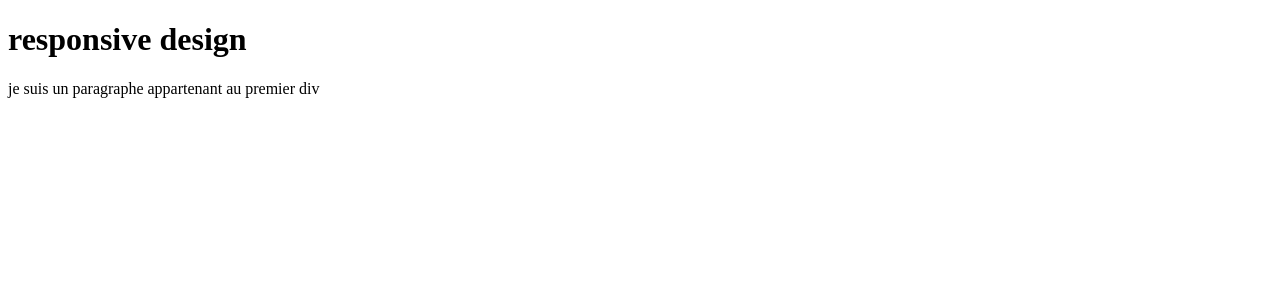
Repository: serviceshuios/Git-Aix-Web
Page: responsive-design/WebContent/index.html
An editor plug-in stored every save of this project. The page is shown before and after the next save, followed by the edit.
The browser window is 1280 px wide. The pictures show the whole page.

Above is the page before, as saved 2018-10-26 08:06:54.

After the next save:
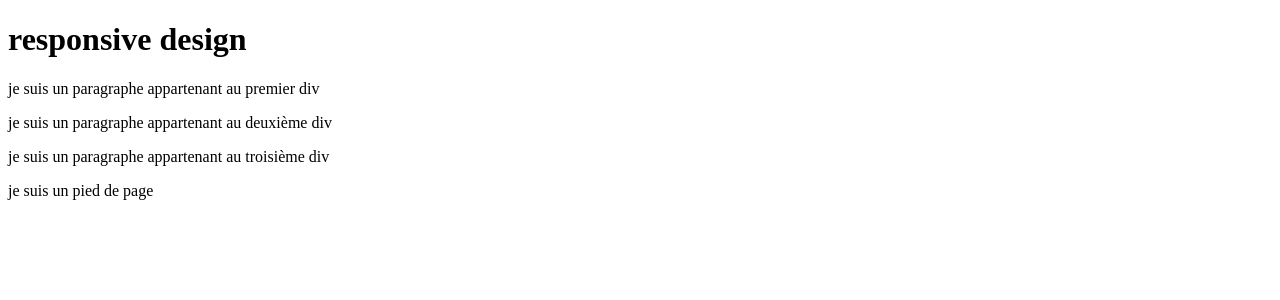
Saved 59 s later.
--- a/responsive-design/WebContent/index.html
+++ b/responsive-design/WebContent/index.html
@@ -11,6 +11,15 @@
 		<div class="div1">
 			<p>je suis un paragraphe appartenant au premier div</p>
 		</div>
+		<div class="div2">
+			<p>je suis un paragraphe appartenant au deuxième div</p>
+		</div>
+		<div class="div3">
+			<p>je suis un paragraphe appartenant au troisième div</p>
+		</div>
+		<div class="footer">
+			<p>je suis un pied de page</p>
+		</div>
 		<script src="js/script.js"></script>
 	</body>
 </html>
